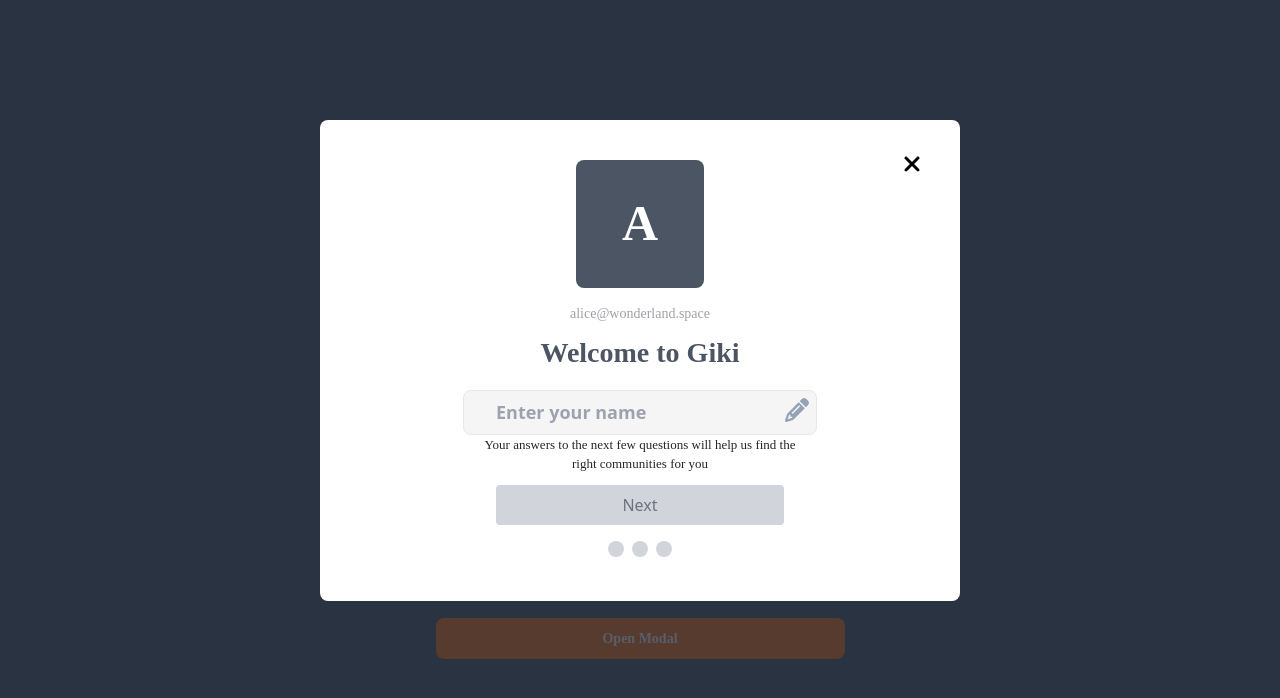
Repository: ZakariaZhlat125/lucatctyteste
Page: /, after clicking the first element matching `button.mt-36`
The author's editor kept a copy of each file at every save. The page is drawn from the files as they stood at one save, then again after the next save.
The browser window is 1280 px wide. The pictures show the whole page.
The project was rebuilt for these pictures with package versions that can differ from the ones it lists, and the page was loaded fresh each time. Also part of the build but not shown: vite.config.js, src/Components/ModalComponents/PickLang.jsx, src/Components/ModalComponents/SelectImage.jsx.

Above is the page before, as saved 2023-09-29 14:38:08.

After the next save:
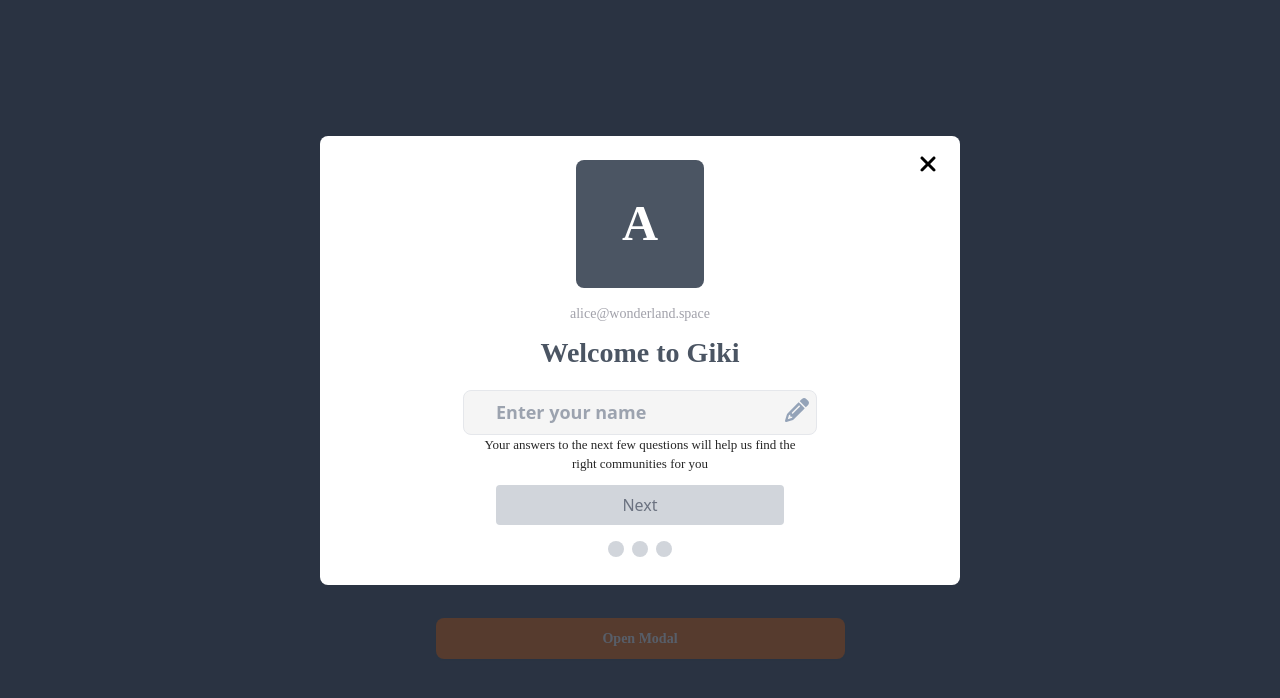
Saved 39 s later.
--- a/src/Components/ModalComponents/Modal.jsx
+++ b/src/Components/ModalComponents/Modal.jsx
@@ -51,7 +51,7 @@
   return (
     <div className="fixed inset-0 flex justify-center items-center z-50">
       <div className="fixed inset-0 bg-gray-800 opacity-75"></div>
-      <div className="bg-white sm:w-[40rem] w-[90vw] sm:h-[36rem] h-auto mx-1 max-h-max rounded-lg p-8 z-50 relative flex flex-col justify-between items-center overflow-y-auto">
+      <div className="bg-white sm:w-[40rem] w-[90vw] sm:h-[36rem] h-auto mx-1 max-h-max rounded-lg p-4 z-50 relative flex flex-col justify-between items-center overflow-y-auto">
         <FontAwesomeIcon
           icon={faTimes}
           onClick={onClose}

After the save that followed:
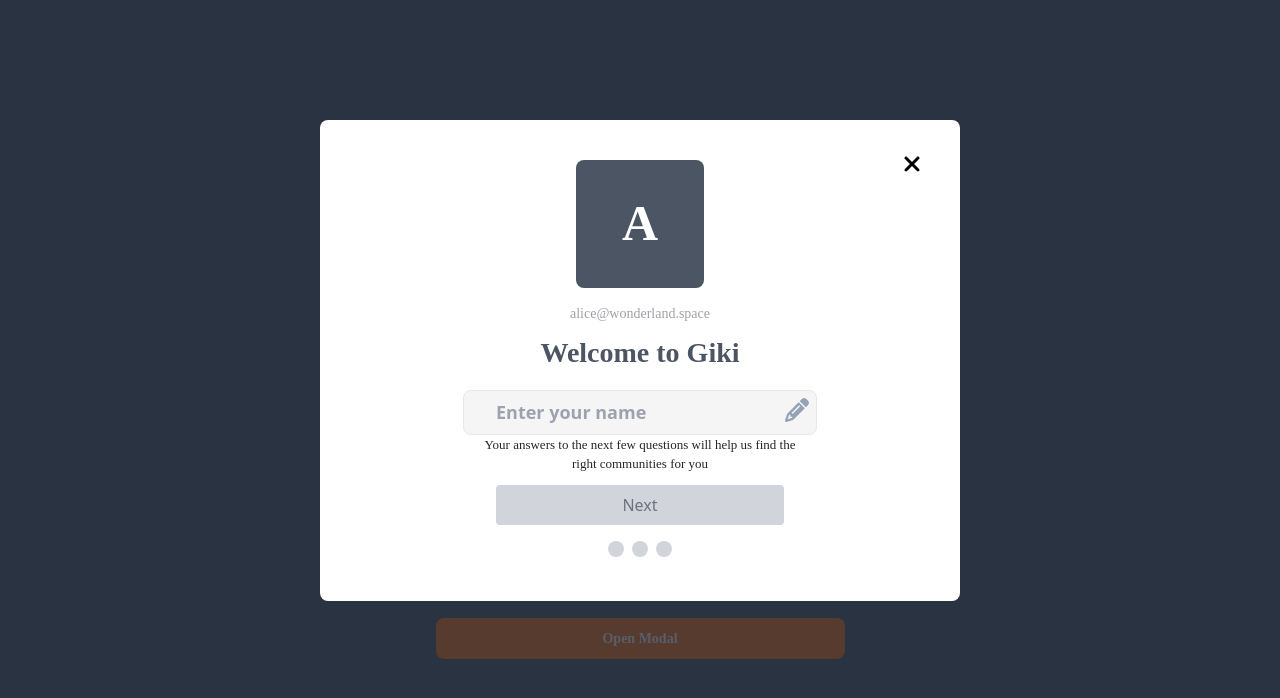
Saved 26 s later.
--- a/src/Components/ModalComponents/Modal.jsx
+++ b/src/Components/ModalComponents/Modal.jsx
@@ -51,7 +51,7 @@
   return (
     <div className="fixed inset-0 flex justify-center items-center z-50">
       <div className="fixed inset-0 bg-gray-800 opacity-75"></div>
-      <div className="bg-white sm:w-[40rem] w-[90vw] sm:h-[36rem] h-auto mx-1 max-h-max rounded-lg p-4 z-50 relative flex flex-col justify-between items-center overflow-y-auto">
+      <div className="bg-white sm:w-[40rem] w-[90vw] sm:h-[36rem] h-auto mx-1 max-h-max rounded-lg sm:p-8 p-4 z-50 relative flex flex-col justify-between items-center overflow-y-auto">
         <FontAwesomeIcon
           icon={faTimes}
           onClick={onClose}
